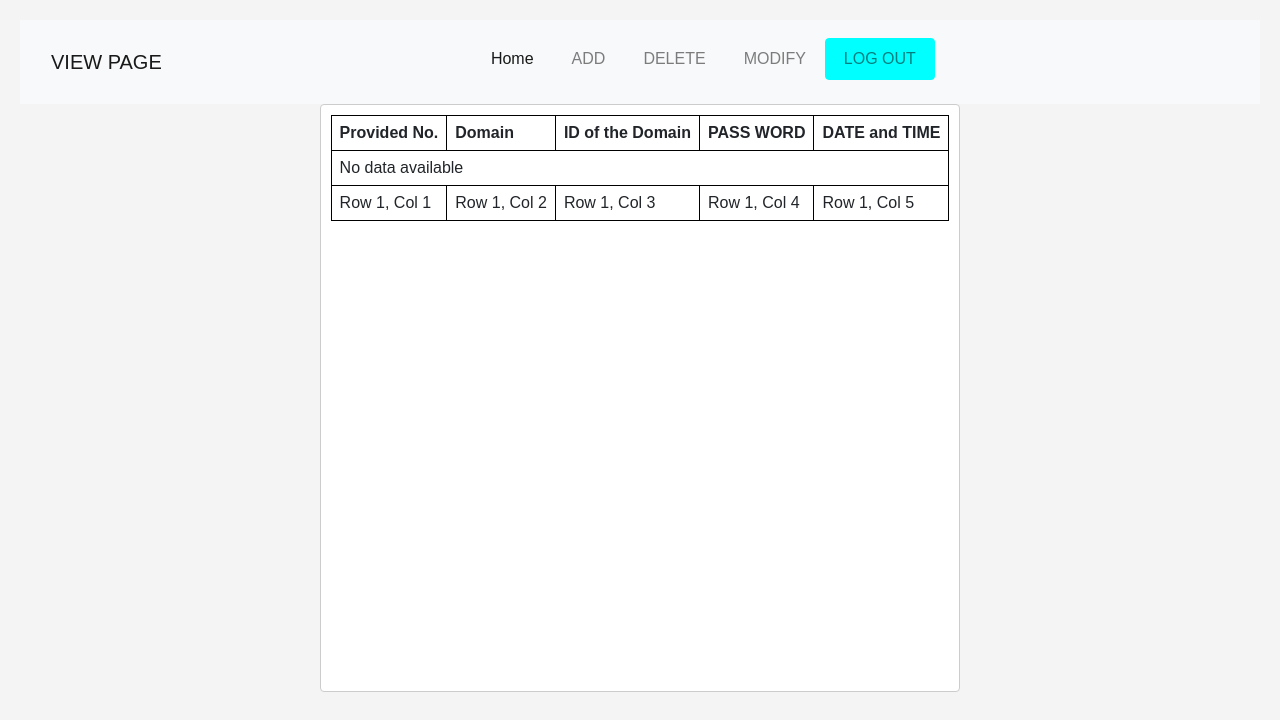
Repository: wizzy-abhishek/Projects
Page: http://localhost/Iam_Doing/Details_Action.jsp
An editor plug-in stored every save of this project. The page is shown before and after the next save, followed by the edit.
The browser window is 1280 px wide. The pictures show the whole page.
Some web libraries are served in a nearby version. The page is served by Tomcat 10. Nobody is signed in. The application's start-up code is not run.

Above is the page before, as saved 2024-06-28 21:57:18.

After the next save:
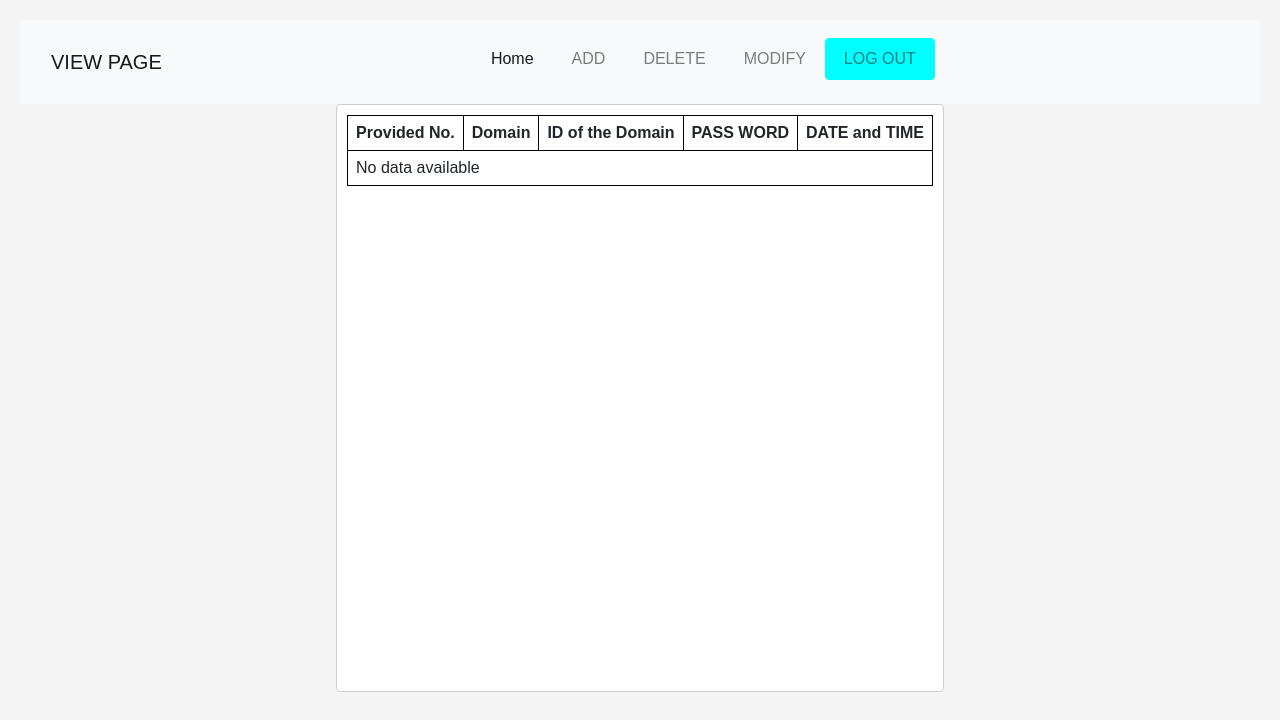
Saved 52 s later.
--- a/Iam_Doing/src/main/webapp/Details_Action.jsp
+++ b/Iam_Doing/src/main/webapp/Details_Action.jsp
@@ -96,7 +96,7 @@
 <script>
     // Sample data to demonstrate dynamic row addition
     const data = [
-        ["Row 1, Col 1", "Row 1, Col 2", "Row 1, Col 3", "Row 1, Col 4", "Row 1, Col 5"]
+
     ];
 
     const tableBody = document.getElementById('table-body');
